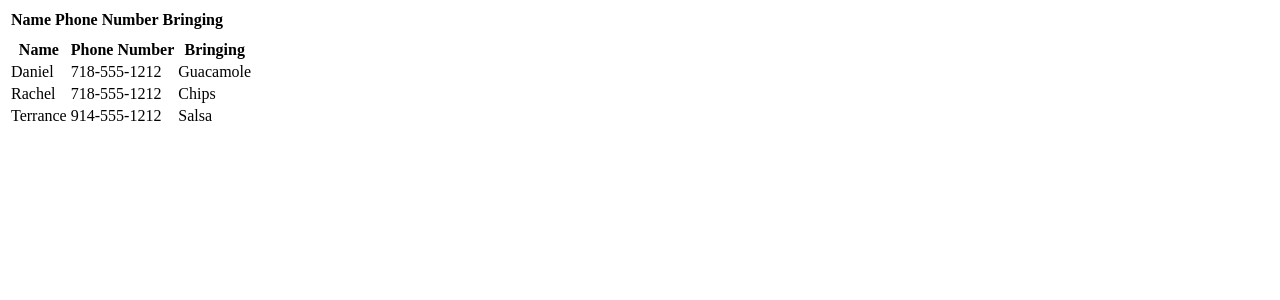
Repository: NthigaDenis/example-repository
Page: phase-0-html-tables-lab/index.html
The author's editor kept a copy of each file at every save. The page is drawn from the files as they stood at one save, then again after the next save.
The browser window is 1280 px wide. The pictures show the whole page.

Above is the page before, as saved 2022-08-01 09:32:33.

### phase-0-html-tables-lab/index.html
<!DOCTYPE html>
<html lang="en">

<head>
  <meta charset="UTF-8" />
  <meta name="viewport" content="width=device-width, initial-scale=1.0" />
  <meta http-equiv="X-UA-Compatible" content="ie=edge" />
  <title>HTML Tables</title>
</head>

<body>
  <table>
    <tr></tr>
    <tr></tr>
    <tr></tr>
    <tr></tr>
  </table>
  <table>
    <tr>
      <th>Name</th>
      <th>Phone Number</th>
      <th>Bringing</th>
    </tr>
    <tr></tr>
    <tr></tr>
    <tr></tr>
  </table>
  <table>
    <tr>
      <th>Name</th>
      <th>Phone Number</th>
      <th>Bringing</th>
    </tr>
    <tr>
      <td>Daniel</td>
      <td>718-555-1212</td>
      <td>Guacamole</td>
    </tr>
    <tr>
      <td>Rachel</td>
      <td>718-555-1212</td>
      <td>Chips</td>
    </tr>
    <tr>
      <td>Terrance</td>
      <td>914-555-1212</td>
      <td>Salsa</td>
    </tr>
  </table>
</body>

</html>

After the next save:
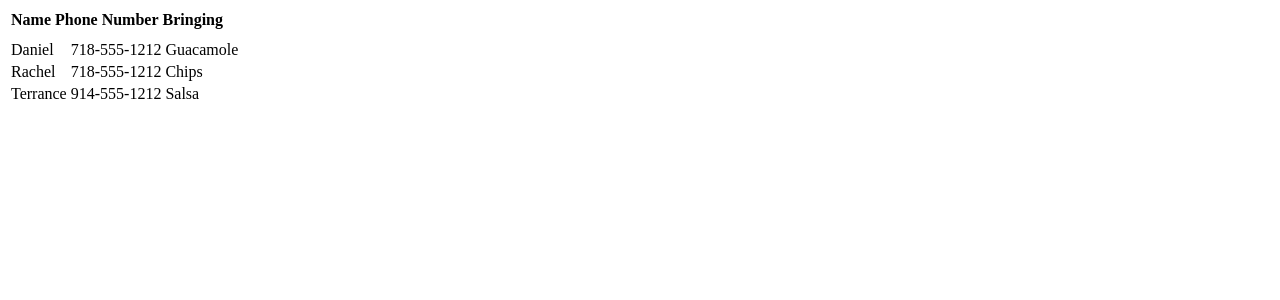
Saved 5 min 39 s later.
--- a/phase-0-html-tables-lab/index.html
+++ b/phase-0-html-tables-lab/index.html
@@ -26,11 +26,7 @@
     <tr></tr>
   </table>
   <table>
-    <tr>
-      <th>Name</th>
-      <th>Phone Number</th>
-      <th>Bringing</th>
-    </tr>
+
     <tr>
       <td>Daniel</td>
       <td>718-555-1212</td>
